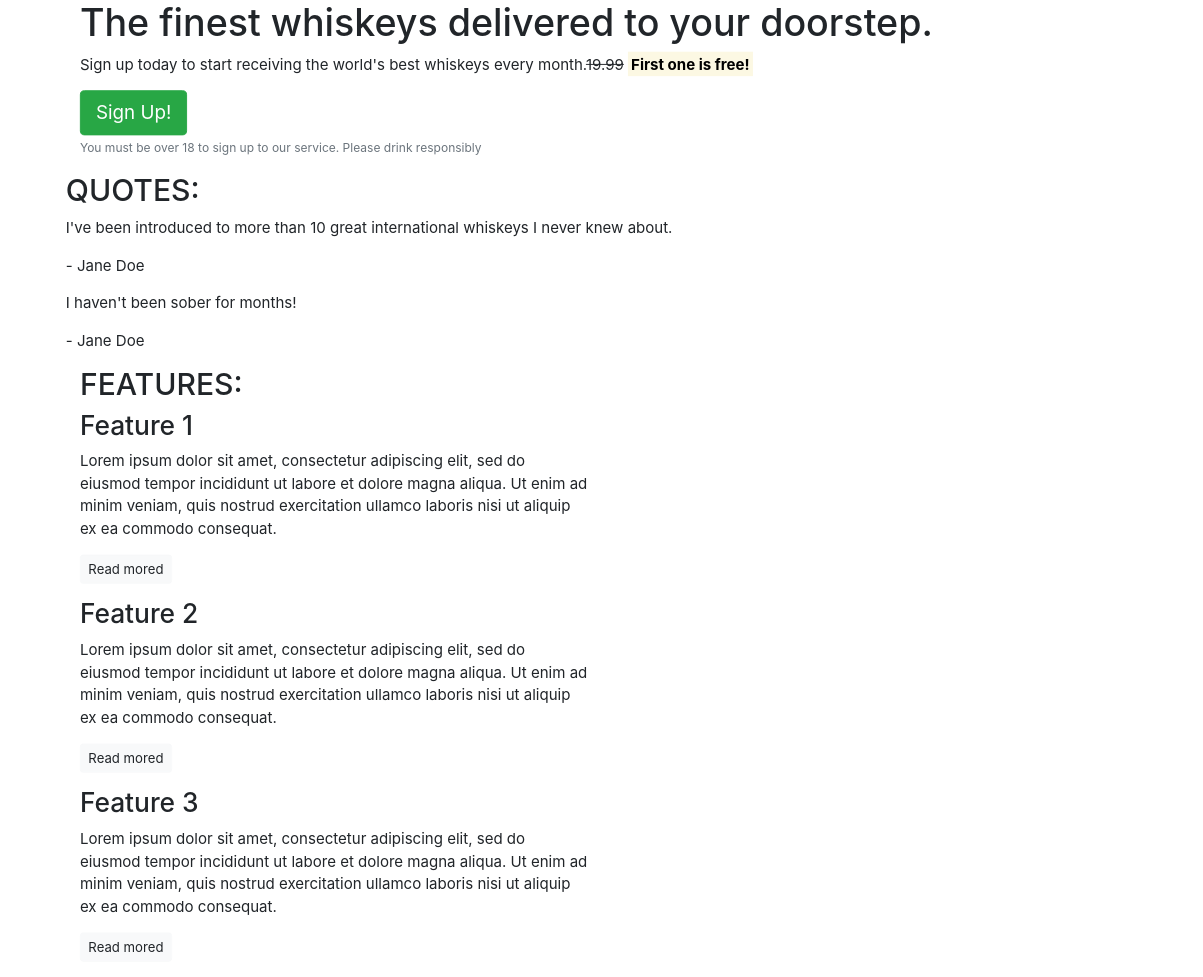
Repository: manub7/bootstrap4-mobile-first
Page: index.html
The author's editor kept a record of every edit. The page is drawn from the files as they stood at one moment, then again after the next edit.
The browser window is 1280 px wide. The pictures show the whole page, at 94% of full size.

Above is the page before.

### index.html
<!DOCTYPE html>
<html lang="en-us">

<head>
    <meta charset="utf-8">
    <meta name="viewport" content="width=device-width, initial-scale=1.0">
    <title>Whiskey Drop | Taste a new whiskey every month</title>
    <link rel="stylesheet" href="https://maxcdn.bootstrapcdn.com/bootstrap/4.1.3/css/bootstrap.min.css">
</head>

<body>
    <article class="container">
        <!-- Callout -->
        <div class="row">
            <div class="col-12">
                <section class="callout">
                    <h1>The finest whiskeys delivered to your doorstep.</h1>
                    <p clas="lead">Sign up today to start receiving the world's best whiskeys every month.<s>19.99</s> <strong><mark> First one is free!</mark></strong></p>
                    <button class="btn btn-success btn-lg">Sign Up!</button>
                    <p class="text-muted"><small> You must be over 18 to sign up to our service. Please drink responsibly </small></p>
                </section>
            </div>
            <div class="row"></div>
            <!-- /.callout -->
            <hr>

            <!-- Quotes -->
            <section class="quotes">
                <div class="row">
                    <div class="col-12">
                        <h2 class="text-uppercase">Quotes:</h2>
                    </div>
                    <div class="col-12">
                        <blockquote class="quote">
                            <p>I've been introduced to more than 10 great international whiskeys I never knew about.</p>
                            <p>- Jane Doe</p>
                        </blockquote>
                    </div>
                    <div class="col-12">
                        <blockquote class="quote">
                            <p>I haven't been sober for months!</p>
                            <p>- Jane Doe</p>
                            </blockquotes>
                    </div>
                </div>
            </section>
            <!-- /.quotes -->
            <hr>

            <!-- Features -->
            <section class="features">
                <div class="row">
                    <div class ="col-12 col-md-6">

                        <div class="col-12">
                        <h2 class="text-uppercase">Features:</h2>
                    </div>
                    </div>
                </div>
                <div>
                     <div class ="col-12 col-md-6">
                    <div class="feature">
                        <h3>Feature 1</h3>
                        <p>Lorem ipsum dolor sit amet, consectetur adipiscing elit, sed do eiusmod tempor incididunt ut labore et dolore magna aliqua. Ut enim ad minim veniam, quis nostrud exercitation ullamco laboris nisi ut aliquip ex ea commodo consequat.</p>
                        <p><a class="btn btn-sm btn-light">Read mored</a></p>
                    </div>
                    </div>
                    <div class ="col-12 col-md-6">
                    <div class="feature">
                        <h3>Feature 2</h3>
                        <p>Lorem ipsum dolor sit amet, consectetur adipiscing elit, sed do eiusmod tempor incididunt ut labore et dolore magna aliqua. Ut enim ad minim veniam, quis nostrud exercitation ullamco laboris nisi ut aliquip ex ea commodo consequat.</p>
                        <p><a class="btn btn-sm btn-light">Read mored</a></p>
                    </div>
                    <div class="feature">
                        <h3>Feature 3</h3>
                        <p>Lorem ipsum dolor sit amet, consectetur adipiscing elit, sed do eiusmod tempor incididunt ut labore et dolore magna aliqua. Ut enim ad minim veniam, quis nostrud exercitation ullamco laboris nisi ut aliquip ex ea commodo consequat.</p>
                        <p><a class="btn btn-sm btn-light">Read mored</a></p>
                    </div>
                </div>
            </section>
            <!-- /.features -->
    </article>
</body>

</html>

After the next edit:
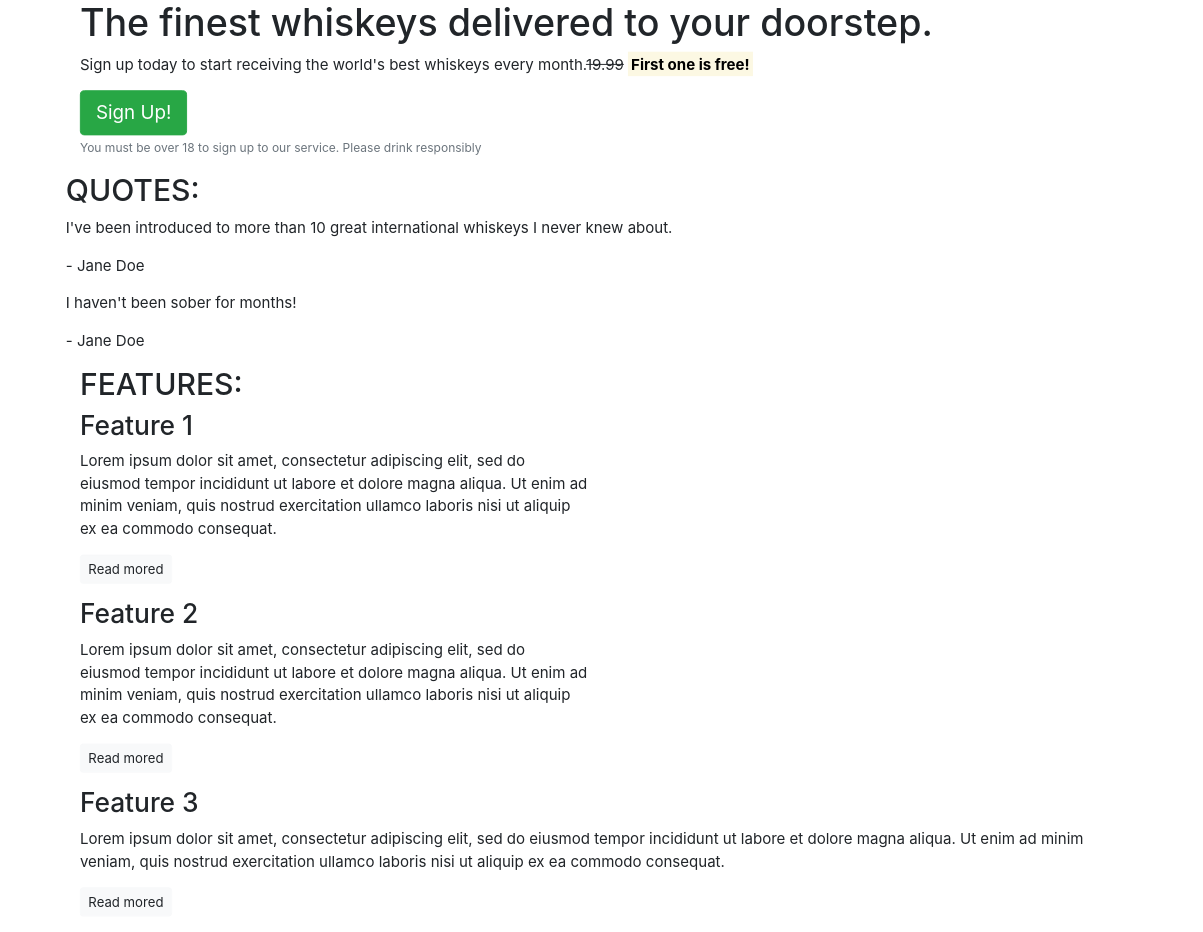
The edit:
--- a/index.html
+++ b/index.html
@@ -71,6 +71,8 @@
                         <p>Lorem ipsum dolor sit amet, consectetur adipiscing elit, sed do eiusmod tempor incididunt ut labore et dolore magna aliqua. Ut enim ad minim veniam, quis nostrud exercitation ullamco laboris nisi ut aliquip ex ea commodo consequat.</p>
                         <p><a class="btn btn-sm btn-light">Read mored</a></p>
                     </div>
+                    </div>
+                    <div class ="col-12 col-md-none">
                     <div class="feature">
                         <h3>Feature 3</h3>
                         <p>Lorem ipsum dolor sit amet, consectetur adipiscing elit, sed do eiusmod tempor incididunt ut labore et dolore magna aliqua. Ut enim ad minim veniam, quis nostrud exercitation ullamco laboris nisi ut aliquip ex ea commodo consequat.</p>
